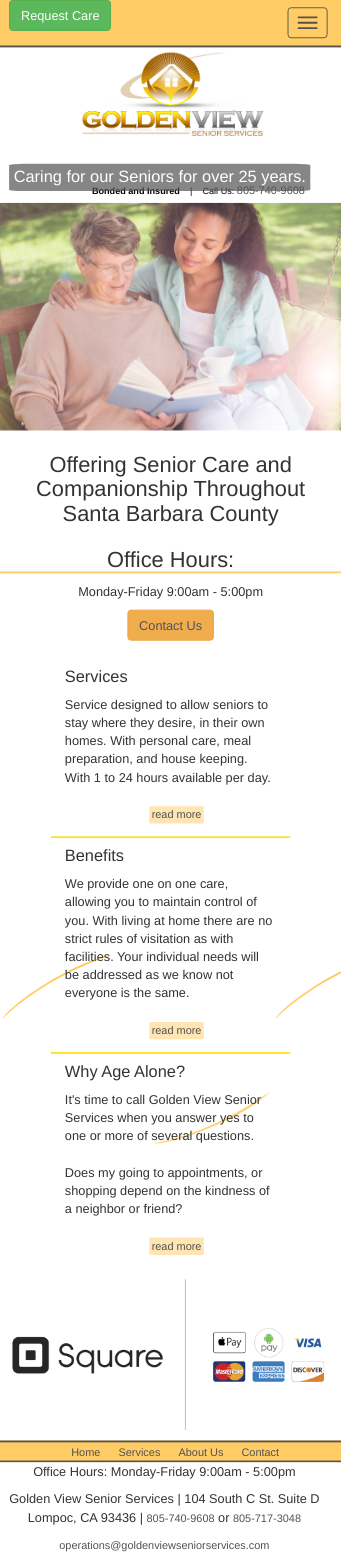
Repository: alprusa/GoldenViewWebsiteMockup
Page: GoldenViewWebsite/index.html
These files come from the project's save history. The page is drawn as it stood at one moment and after the next save; the edit follows.
The browser window is 375 px wide. The pictures show the whole page, at 91% of full size.

Above is the page before, as saved 2017-09-17 02:57:58.

### GoldenViewWebsite/index.html
<!DOCTYPE html>
<html lang="en">
	<head>
		<meta charset="utf-8">

		<!-- Always force latest IE rendering engine (even in intranet) & Chrome Frame
		Remove this if you use the .htaccess -->
		<meta http-equiv="X-UA-Compatible" content="IE=edge,chrome=1">

		<title>Golden View Senior Services</title>
		<meta name="description" content="">
		<meta name="author" content="Alisa Prusa">

		<meta name="viewport" content="width=device-width; initial-scale=1.0">
		<meta name="google-site-verification" content="rB7Tis3nIzl6JhJXk6SmgAPoLWKkFKIOC32nVlrz31w" />

		<!-- Replace favicon.ico & apple-touch-icon.png in the root of your domain and delete these references -->
		<link rel="shortcut icon" href="/favicon.ico">
		<link rel="apple-touch-icon" href="/apple-touch-icon.png">

		<link href="defaultStyle.css" rel="stylesheet" type="text/css">
		<link rel="stylesheet" href="bootstrap/css/bootstrap.min.css">

		<style>
			#SwooshDiv{
				margin: 0 auto;
				background-image: url("img/SwooshesMain.svg");
				background-repeat: repeat-x;
				background-size: 80% 100%
			}

			#caringTextOverlay{
				position: absolute;
				top: 20%;
				margin-left: 10px;
				z-index: 10000;
				padding: 5px;
				background-color: rgba(83, 83, 83, 0.7) !important;
				color: white !important;
				border-radius: 5%;
			}

			.carousel-inner > .item {
			    -webkit-transition: 1.0s ease-in-out left;
			    -moz-transition: 1.0s ease-in-out left;
			    -o-transition: 1.0s ease-in-out left;
			    transition: 1.0s ease-in-out left;
			}

			/*
			  Bootstrap Carousel Fade Transition (for Bootstrap 3.3.x)
			  CSS from:       http://codepen.io/transportedman/pen/NPWRGq
			  and:            http://stackoverflow.com/questions/18548731/bootstrap-3-carousel-fading-to-new-slide-instead-of-sliding-to-new-slide
			  Inspired from:  http://codepen.io/Rowno/pen/Afykb
			*/
			.carousel-fade .carousel-inner .item {
			  opacity: 0;
			  transition-property: opacity;
			}

			.carousel-fade .carousel-inner .active {
			  opacity: 1;
			}

			.carousel-fade .carousel-inner .active.left,
			.carousel-fade .carousel-inner .active.right {
			  left: 0;
			  opacity: 0;
			  z-index: 1;
			}

			.carousel-fade .carousel-inner .next.left,
			.carousel-fade .carousel-inner .prev.right {
			  opacity: 1;
			}

			.carousel-fade .carousel-control {
			  z-index: 2;
			}

			/*
			  WHAT IS NEW IN 3.3: "Added transforms to improve carousel performance in modern browsers."
			  Need to override the 3.3 new styles for modern browsers & apply opacity
			*/
			@media all and (transform-3d), (-webkit-transform-3d) {
			    .carousel-fade .carousel-inner > .item.next,
			    .carousel-fade .carousel-inner > .item.active.right {
			      opacity: 0;
			      -webkit-transform: translate3d(0, 0, 0);
			              transform: translate3d(0, 0, 0);
			    }
			    .carousel-fade .carousel-inner > .item.prev,
			    .carousel-fade .carousel-inner > .item.active.left {
			      opacity: 0;
			      -webkit-transform: translate3d(0, 0, 0);
			              transform: translate3d(0, 0, 0);
			    }
			    .carousel-fade .carousel-inner > .item.next.left,
			    .carousel-fade .carousel-inner > .item.prev.right,
			    .carousel-fade .carousel-inner > .item.active {
			      opacity: 1;
			      -webkit-transform: translate3d(0, 0, 0);
			              transform: translate3d(0, 0, 0);
			    }
			}
		</style>

		<!-- IE FIX -->

        <!--[if lt IE 9]>

			<script src="http://ajax.googleapis.com/ajax/libs/jquery/1.7.0/jquery.min.js"></script>
        	<script src="/js/html5shiv.js"></script>
      		<script src="/js/respond.js"></script>

        <![endif]-->

        <!-- END IE FIX -->
	</head>

	<body>
		<div id="mainNav">
			<!--Logo image button to go make to main page-->


			<!--Navbar html section-->
			<nav class="navbar navbar-static-top" style="clear: both;" role="navigation">
                <div class="container-fluid" id="navToggleContainer">
					<a href="requestcare" id="careOuter"><button class="btn-success btn" class="careButton">Request Care</button></a>
                    <div class="navbar-header" id="navToggler" style="clear:right;">
                    	<a href="requestcare" id="careInner" class="hidden"><button class="btn-success btn" class="careButton">Request Care</button></a>
                        <!--Button that is created for menu when screen size reaches a certain limit-->
                        <button id="collapseButton" type="button" class="navbar-toggle" data-toggle="collapse" data-target=".navbar-collapse">
                            <span class="icon-bar"></span>
                            <span class="icon-bar"></span>
                            <span class="icon-bar"></span>
                        </button>
                    </div>

                    <!--Buttons to go to different pages of the website-->
                    <div class="collapse navbar-collapse" id="navItems">
                        <ul class="nav navbar-nav" id="navUl">
                            <li><a href="./">Home</a></li>
							<li><a href="services/">Services</a></li>
							<li><a href="about/">About Us</a></li>
							<li><a href="contact/">Contact</a></li>
                        </ul>
                    </div>
                </div>
             </nav>

             <div id="staticBanner">
	            <p id="logoP"><a href="./">
	            	<img src="img/goldenViewLogo.jpg" class="img-responsive" id="logo"/>
	            </a></p>
	            <p id="topInfo"><b>Bonded and Insured</b> &nbsp;&nbsp; | &nbsp;&nbsp; Call Us: <a href="tel:805-740-9608" value="+18057409608">805-740-9608</a></p>
            </div>

             <h4 id="caringTextOverlay" style="clear:both;">Caring for our Seniors for over 25 years.</h4>
             <div id="carousel" class="carousel slide carousel-fade" data-ride="carousel">
			    <!-- Carousel items -->
			    <div class="carousel-inner">
			        <div class="active item"><img src="img/ReadingMedium.jpg" alt="PatientCare" class="img-responsive" width="100%" height="50%"></div>
			        <div class="item"><img src="img/SupportMedium.jpg" alt="PatientCare" class="img-responsive" width="100%" height="50%"></div>
			        <div class="item"><img src="img/ChessMedium.jpg" alt="PatientCare" class="img-responsive" width="100%" height="50%"></div>
			    </div>
			</div>

             <!--Body Text-->
			<h3 style="padding: 5px; text-align: center; border: none;">Offering Senior Care and Companionship Throughout Santa Barbara County</h3>

			<div align="center">
				<h3>Office Hours:</h3>
				<p>Monday-Friday 9:00am - 5:00pm</p>
				<a href="contact/"><button class="btn-warning btn" style="color: #535353;">Contact Us</button></a>
			</div><br/>

			<!--Read more info direction sections-->
			<div id="SwooshDiv">
			<div id="columnData" class="row">
			    <div class="dataList spaceList col-sm-4">
			    	<h4>Services</h4>
			    	<p>Service designed to allow seniors to stay where they desire, in their own homes. With personal care,
			    		meal preparation, and house keeping. With 1 to 24 hours available per day.
			    		<br><br>
			    		<a href="services/" class="readMore"><mark>read more</mark></a>
			    	</p>
			    </div>
			    <div class="dataList spaceList col-sm-4">
			    	<h4>Benefits</h4>
			    	<p>We provide one on one care, allowing you to maintain control of you. With living at home there are no
			    		strict rules of visitation as with facilities. Your individual needs will be addressed as we know
			    		not everyone is the same.
			    		<br><br>
			    		<a href="/services/index.html#benefits" class="readMore"><mark>read more</mark></a>
			    	</p>
			    </div>
			     <div class="spaceList col-sm-4">
			     	<h4>Why Age Alone?</h4>
			    	<p>It's time to call Golden View Senior Services when you answer yes to one or more of several questions.
			    		<br><br>Does my going to appointments, or shopping depend on the kindness of a neighbor or friend?
			    		<br><br>
			    		<a href="whyagealone/" class="readMore"><mark>read more</mark></a>
			    	</p>
			    </div>
			</div>

			<!--Credit Card info--->
			<img class="img-responsive" id="cardImg" src="img/CreditCards.png"/>

			</div>

			<!--Buttons to go to different pages of the website-->
            <div>
                <ul id="navFooter">
                    <li><a href="./">Home</a></li>
					<li><a href="services/">Services</a></li>
					<!--<li><a href="./"><img src="img/goldenViewLogo.jpg" id="logoBottom"/></a></li>-->
					<li><a href="about/">About Us</a></li>
					<li><a href="contact/">Contact</a></li>
                </ul>
            </div>

			<!--Footer section-->
             <footer id="footer" class="row">
             	<p>Office Hours: Monday-Friday 9:00am - 5:00pm</p>
				<p>
					Golden View Senior Services | 104 South C St. Suite D Lompoc, CA 93436 | <a href="tel:805-740-9608" value="+18057409608">805-740-9608</a> or <a href="tel:805-717-3048" value="+18057173048">805-717-3048</a>
				</p>
				<p>
	            	<a id="emails" title="operations@goldenviewseniorservices.com" href="mailto:operations@goldenviewseniorservices.com?subject=Golden View Senior Services">operations@goldenviewseniorservices.com</a>
	            </p>
			</footer>
        </div>

		<script src="jquery-1.2.0.js"></script>
    	<script src="bootstrap/js/bootstrap.min.js"></script>
    	<script src="js/CssChanger.js"></script>
    	<script>
    		$('.carousel').carousel();
		</script>
	</body>
</html>

### GoldenViewWebsite/defaultStyle.css
body{
	color: white;
}

h3{
	border-bottom: 2px solid #ffcc66;
}

a{
	margin: 0 auto;
	font-size: 18px;
	color: #535353 !important;
}

/*make it so the logo home page button does not have the hover effect that the other buttons have*/
a:hover,
a:focus{
    text-decoration: underline !important;
	color:#535353 !important;
	text-decoration-color: #535353 !important;
}

mark{
	background-color: rgba(255, 204, 102, 0.5) !important;
	color: #535353 !important;
	border-radius: 5%;
}

/*navigation bar css content*/
nav{
	border-bottom: 2px #535353 solid !important;
}

.navbar-collapse { border-color: rgba(83, 83, 83, 0.3) !important; }

#mainNav{
    top: 1%;
    width: 100%;
    height: 50px;
    float:center;
}

.navbar{
    background-color: #ffcc66 !important;
    text-align: center;
    float:center;
    color: #901389;
    margin: 0 auto !important;
}

.navbar .navbar-nav {
  display: inline-block;
  float: none;
  vertical-align: top;
}

.navbar .navbar-collapse {
  text-align: center;
}

.navbar .navbar-toggle .icon-bar{
  background-color: #535353 !important;
}

.navbar .navbar-toggle{
  border-color: #535353 !important;
}

/*content inside the navigation bar*/

#navItems a:hover,
#navItems a:focus{
    background-color: #ffcc66 !important;
}

#logo{
	margin: 0 auto;
    width:200px;
}

#logoP{
	float:left;
	padding-top: 5px;
	padding-left: 5px;
}

#topInfo{
	float: right;
	text-align: center;
	margin: auto;
	color:black;
	padding: 40px;
	padding-bottom: 5px;
	font-size: 10px;
}

#careOuter{
	float: right;
	padding-right: 10px;
}

#careInner{
	float: left;
	padding-left: 10px;
}

/*carousel css content8*/
.carousel-control{
    margin: 0 auto;
}

.carouselItems{
    margin: 0 auto;
    float:  center;
    width: 400px;
    height: 140px;
}

.carousel-indicators{
	top:90%;
}

.carousel-caption{
	top:57%;
}

.carouselText{
	background-color: rgba(83, 83, 83, 0.5) !important;
	color: #ffcc66 !important;
	border-radius: 5%;
}

/*three column text*/
#columnData{
	margin: 0 auto;
    float:  center;
    width: 70%;
    margin-bottom: 5px;
}

.dataList{
	border-right: 2px #ffcc66 solid;
}

.spaceList{
	margin: 0 auto;
	padding-left: 3px;
	padding-right: 3px;
}

#caringTextOverlay{
	position: absolute;
	margin-top: 20px;
	margin-left: 10px;
	z-index: 10000;
	padding: 5px;
	background-color: rgba(83, 83, 83, 0.7) !important;
	color: white !important;
	border-radius: 5%;
}

#containerText{
	margin: 0 auto;
	float:center;
	width: 80%;
}

.swoosh{
    position: absolute; /* Stay in place */
    z-index: -1000; /* Sit on bottom */
   	opacity: 0.7;
}

#cardImg{
	margin: auto;
	width: 100%;
}

/*footer content*/
#footer{
	margin: 0 auto;
	background-color:#FFFFFF;
	text-align: center;
	padding-right: 5%;
	padding-left: 5px;
}

#navFooter{
	margin: 0 auto;
	background-color: #ffcc66 !important;
	list-style-type: none;
	text-align: center;
	border-top: 2px #535353 solid;
	border-bottom: 2px #535353 solid;
	padding-right: 8%;
}

#navFooter li{
	margin: auto;
	display: inline;
	padding: 8px;
}

#logoBottom{
	margin: auto;
    width: 100px;
    border: 2px #ffcc66 solid;
}

#navUl{
	padding-left: 120px;
}

@media (max-width: 600px){
	.carouselItems{
		width: 200px;
    	height: 70px;
	}
}

@media (max-width: 800px){
	#navUl{
		padding-left:0px;
		margin: auto;
	}
}

@media (min-width: 1000px){
	#cardImg{
		width: 60%;
	}
}

@media (max-width: 400px){
	.swoosh{
	    width: 50%;
	    height: 50%;
	}

	a{
		font-size: 12px;
	}
}

### GoldenViewWebsite/js/CssChanger.js
//for displaying propersized image for device
$("img").each(function(item){
	if(window.innerWidth <= 800){
		ImageSizing("Small", this);
	}else if(window.innerWidth < 2000 && window.innerWidth > 800){
		ImageSizing("Medium", this);
	}else{
		ImageSizing("Large", this);
	}
});

function ImageSizing(sizeNeeded, item){
	//check what image already is
	if((item.src).includes("Large")){
		//then chack if requested size already is the correct value
		if(sizeNeeded == "Large") return;
		else{
			item.src = (item.src).replace("Large", sizeNeeded);
		}
	}else if((item.src).includes("Medium")){
		//then chack if requested size already is the correct value
		if(sizeNeeded == "Medium") return;
		else{
			item.src = (item.src).replace("Medium", sizeNeeded);
		}
	}else if((item.src).includes("Small")){
		//then chack if requested size already is the correct value
		if(sizeNeeded == "Small") return;
		else{
			item.src = (item.src).replace("Small", sizeNeeded);
		}
	}
}

if(window.innerWidth < 800){
    $("#careInner").removeClass("hidden");
    $("#careOuter").addClass("hidden");
}
else{
    if($("#careOuter").hasClass("hidden")) $("#careOuter").removeClass("hidden");
    if(!$("#careOuter").hasClass("hidden")) $("#careInner").addClass("hidden");
}

$(document).ready(function(){
	if($("#collapseButton").is(":visible")){
	    $(".dataList").css("border", "none");
	    $(".dataList").css("border-bottom", "2px #ffdf27 solid");
	    $(".dataList").css("padding-bottom", "5px");

	    $(".readMore").css("padding-left", "40%");
	    $(".readMore").css("float", "none");

	    $("#careInner").removeClass("hidden");
	    $("#careOuter").addClass("hidden");
    }
    else{
    	$(".dataList").css("border", "none");
    	$(".dataList").css("border-right", "2px #ffdf27 solid");
	    $(".dataList").css("padding-bottom", "0px");

	    $(".readMore").css("padding-left", "0");
	    $(".readMore").css("float", "right");

	    if($("#careOuter").hasClass("hidden")) $("#careOuter").removeClass("hidden");
	    $("#careInner").addClass("hidden");
    }

    if(window.innerWidth > 550){
    	$("#logoP").css("float", "left");
    }else{
    	$("#logoP").css("float", "none");
    }

    if(window.innerWidth > 1300){
    	$("#infoContainer").insertAfter($("#mapContainer"));
    }else{
    	$("#mapContainer").insertAfter($("#infoContainer"));
    }

    $(window).on('resize', function() {
    	if($("#collapseButton").is(":visible")){
		    $(".dataList").css("border", "none");
		    $(".dataList").css("border-bottom", "2px #ffdf27 solid");
		    $(".dataList").css("padding-bottom", "5px");

		    $(".readMore").css("padding-left", "40%");
		    $(".readMore").css("float", "none");

		    $("#careInner").removeClass("hidden");
		    $("#careOuter").addClass("hidden");
	    }
	    else{
	    	$(".dataList").css("border", "none");
	    	$(".dataList").css("border-right", "2px #ffdf27 solid");
		    $(".dataList").css("padding-bottom", "0px");

		    $(".readMore").css("padding-left", "0");
		    $(".readMore").css("float", "right");

		    if($("#careOuter").hasClass("hidden")) $("#careOuter").removeClass("hidden");
		    $("#careInner").addClass("hidden");
	    }

	    if(window.innerWidth > 570){
	    	$("#logoP").css("float", "left");
	    	$("#buttonBreak").addClass("hidden");
	    }else{
	    	$("#logoP").css("float", "none");

	    	if($("#buttonBreak").hasClass("hidden")) $("#buttonBreak").removeClass("hidden");

	    }

	    if(window.innerWidth > 1300){
	    	$("#infoContainer").insertAfter($("#mapContainer"));
	    }else{
	    	$("#mapContainer").insertAfter($("#infoContainer"));
	    }

	    $("img").each(function(item){
			if(window.innerWidth <= 800){
				ImageSizing("Small", this);
			}else if(window.innerWidth < 2000 && window.innerWidth > 800){
				ImageSizing("Medium", this);
			}else{
				ImageSizing("Large", this);
			}
		});
    });
});

//to fix
//issue the request care button does not do not center in phone instantly
//issue the request care button page form does not do not center all input boxes in phone instantly
//mobile can't see the captions on slider images
//add images to services page and why age alone
//make requestcar page nt have the form wrap around the image on medium screen sizes?

Loaded but not shown: GoldenViewWebsite/bootstrap/css/bootstrap.min.css (library); GoldenViewWebsite/jquery-1.2.0.js (library); GoldenViewWebsite/bootstrap/js/bootstrap.min.js (library)

After the next save:
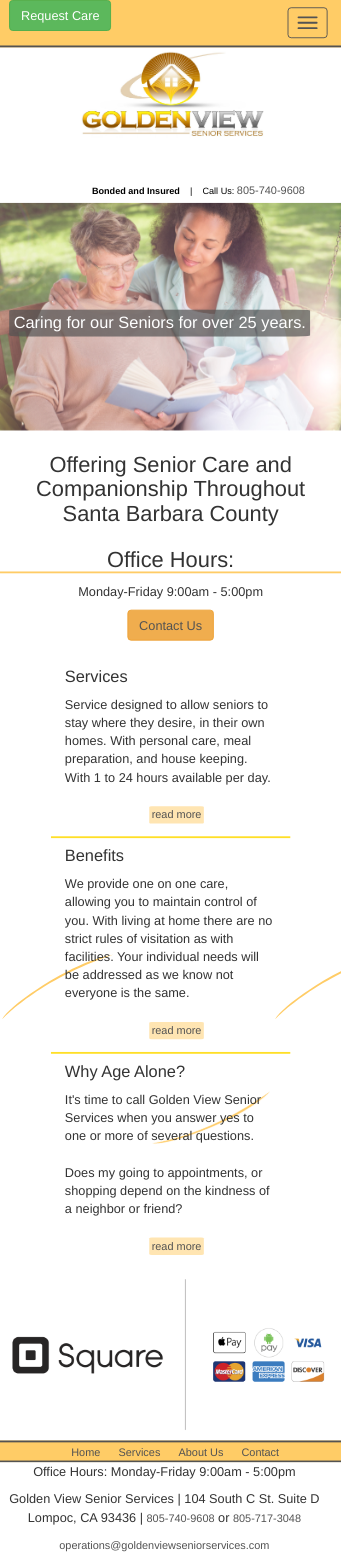
Saved 2 min 17 s later.
--- a/GoldenViewWebsite/index.html
+++ b/GoldenViewWebsite/index.html
@@ -38,6 +38,12 @@
 				background-color: rgba(83, 83, 83, 0.7) !important;
 				color: white !important;
 				border-radius: 5%;
+			}
+
+			@media (max-width: 500px){
+				#caringTextOverlay{
+					top: 40%;
+				}
 			}
 
 			.carousel-inner > .item {
